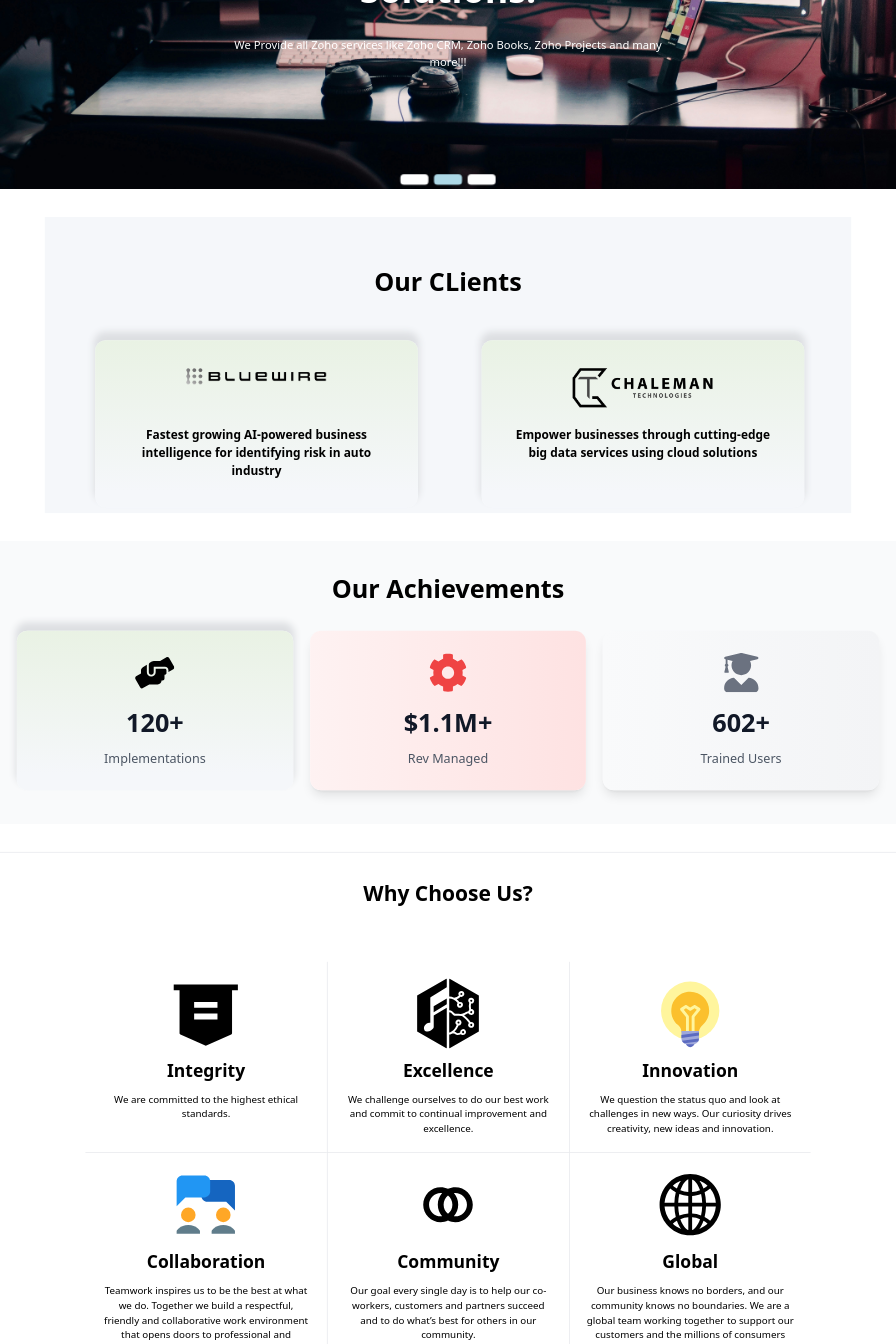
Repository: huzaifaBitCloud/BitCloud-website
Page: /
The author's editor kept a copy of each file at every save. The page is drawn from the files as they stood at one save, then again after the next save.
The browser window is 1280 px wide. The pictures show the part of the page from y = 530 to 2450 px (the page is 2742 px tall), at 70% of full size.
The project was rebuilt for these pictures with package versions that can differ from the ones it lists, and the page was loaded fresh each time. The framework's server and built-in components were replaced by stand-ins that run in the browser. Also part of the build but not shown: next.config.mjs.

Above is the page before, as saved 2025-01-13 16:07:35.

After the next save:
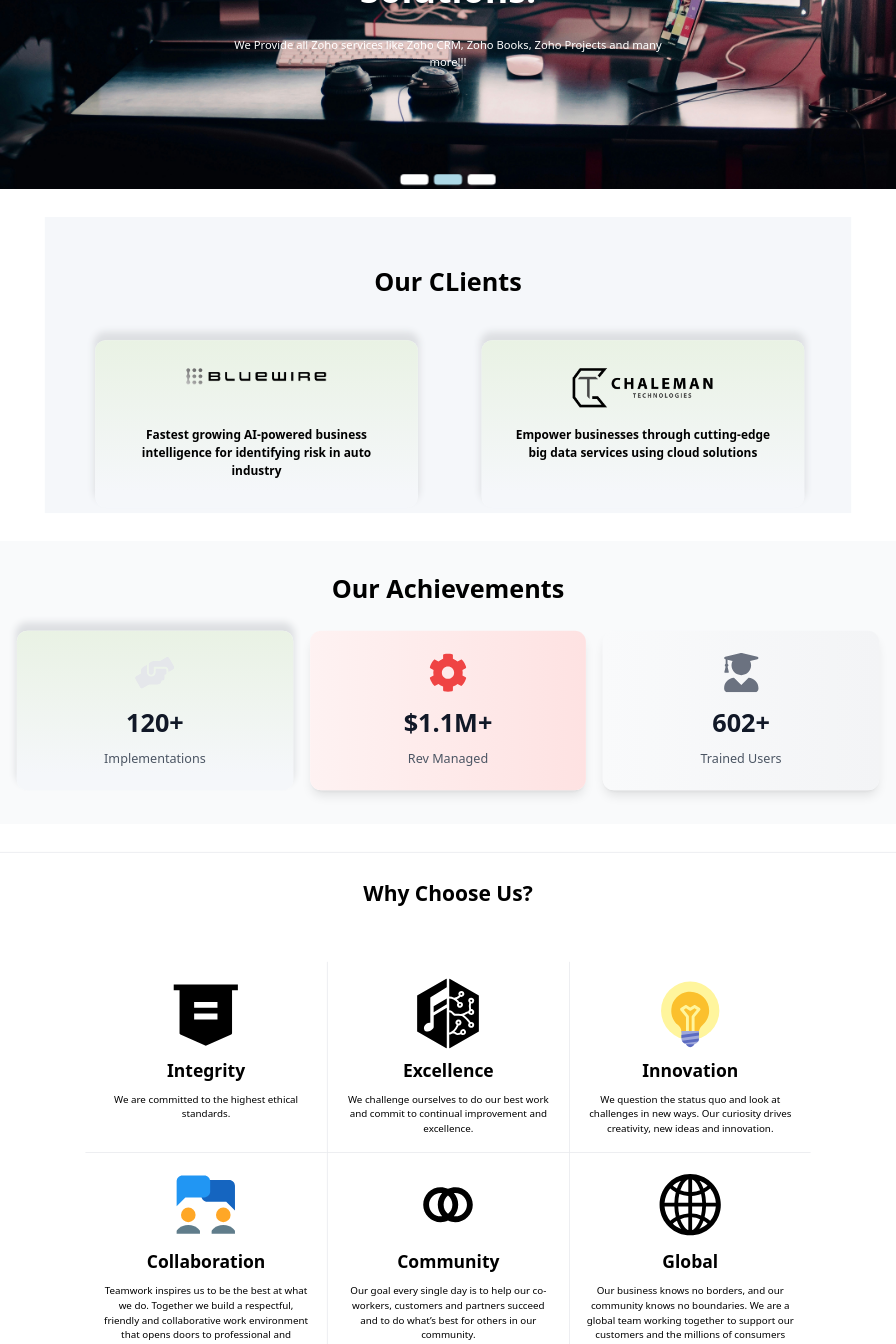
Saved 20 s later.
--- a/src/components/Achievements.tsx
+++ b/src/components/Achievements.tsx
@@ -21,7 +21,7 @@
           {/* Card 1 */}
           <div className="bg-gradient-to-r from-green-50 to-green-100 p-8 rounded-2xl shadow-lg text-center transform transition duration-700 hover:-translate-y-3 custom-cards-ourClient">
             <div className="flex justify-center items-center mb-6">
-              <FaHandsHelping className="w-14 h-14 text-black-200" />
+              <FaHandsHelping className="w-14 h-14 text-gray-200" />
             </div>
             <h3 className="text-4xl font-bold text-gray-900">120+</h3>
             <p className="text-gray-600 mt-4 text-lg">Implementations</p>
